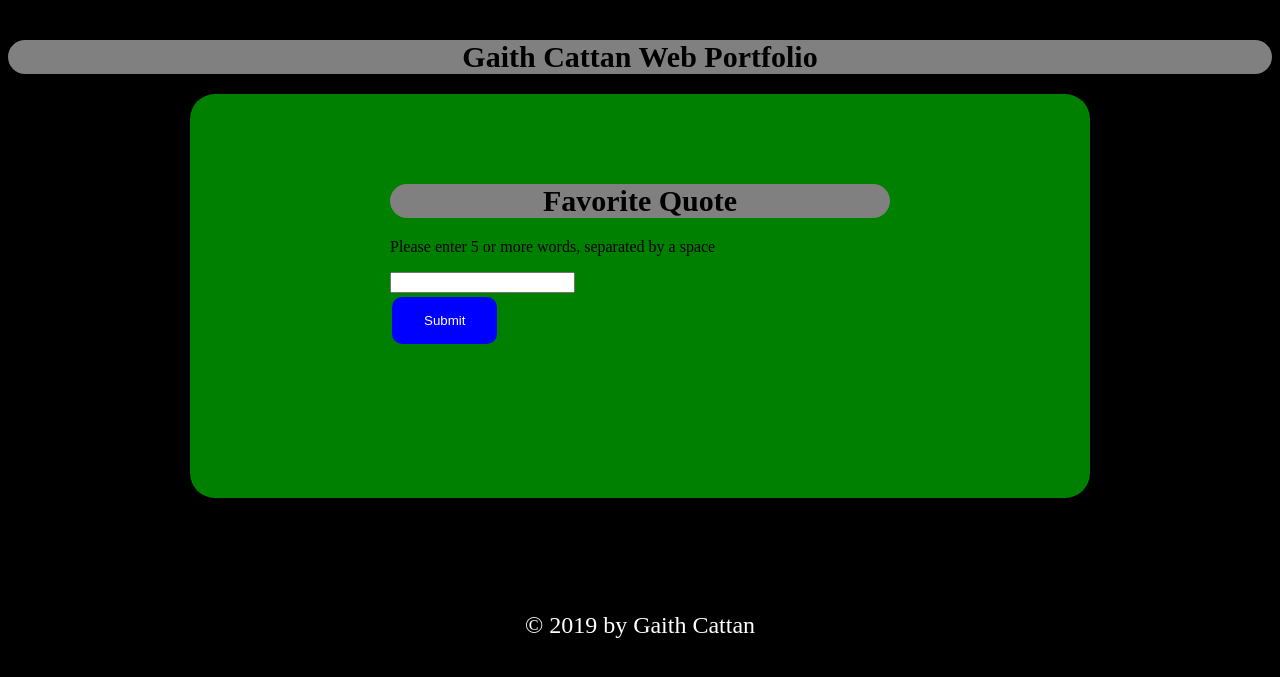
Repository: GaithCattan/COSW30
Page: labwork/lab5/favoritequote.html
The author's editor kept a record of every edit. The page is drawn from the files as they stood at one moment, then again after the next edit.
The browser window is 1280 px wide. The pictures show the whole page.

Above is the page before.

### labwork/lab5/favoritequote.html

<!doctype html>
<html>
    <head>
         <meta charset="utf-8">
         <title>Favorite Quote</title>
        <style>
          body {background-color: black;
                background-position: center;
                background-repeat: no-repeat;}
          h1 {text-align: center; font-size: 30px; margin-top: 40px;
              border-radius: 25px; margin-left: auto; margin-right: auto;
              background-color: grey;}
          #container {width: 900px;	margin-left: auto;	margin-right: auto;	padding-top: 50px;	padding-bottom: 150px; border-radius: 25px;	background-color: green;}
          #texting {width: 500px; display: block; margin-left: auto; margin-right: auto;}
          input[type=submit] {background-color: blue; border: none; border-radius: 10px;  color: white;  padding: 16px 32px;  text-decoration: none;  margin: 4px 2px;  cursor: pointer;}
          footer {font-size: 1.5em; color: white; text-align: center; margin-top: 9%;}
        </style>

    </head>
    <body>

        <header>

        <h1 id="goto">Gaith Cattan Web Portfolio</h1>

        </header>

        <div id="container">
        <div id="texting">

        <h1>Favorite Quote</h1>
        <p>Please enter 5 or more words, separated by a space</p>

        <form action="process_favoritequote.php" method="POST">

            <input type="text" id="text" name="text">
            <br>

            <input type="submit" name="submit" value="Submit"/>


        </form>


        </div>
        </div>


    </body>

    <footer>
        <p>&copy; 2019 by Gaith Cattan</p>
    </footer>

</html>

After the next edit:
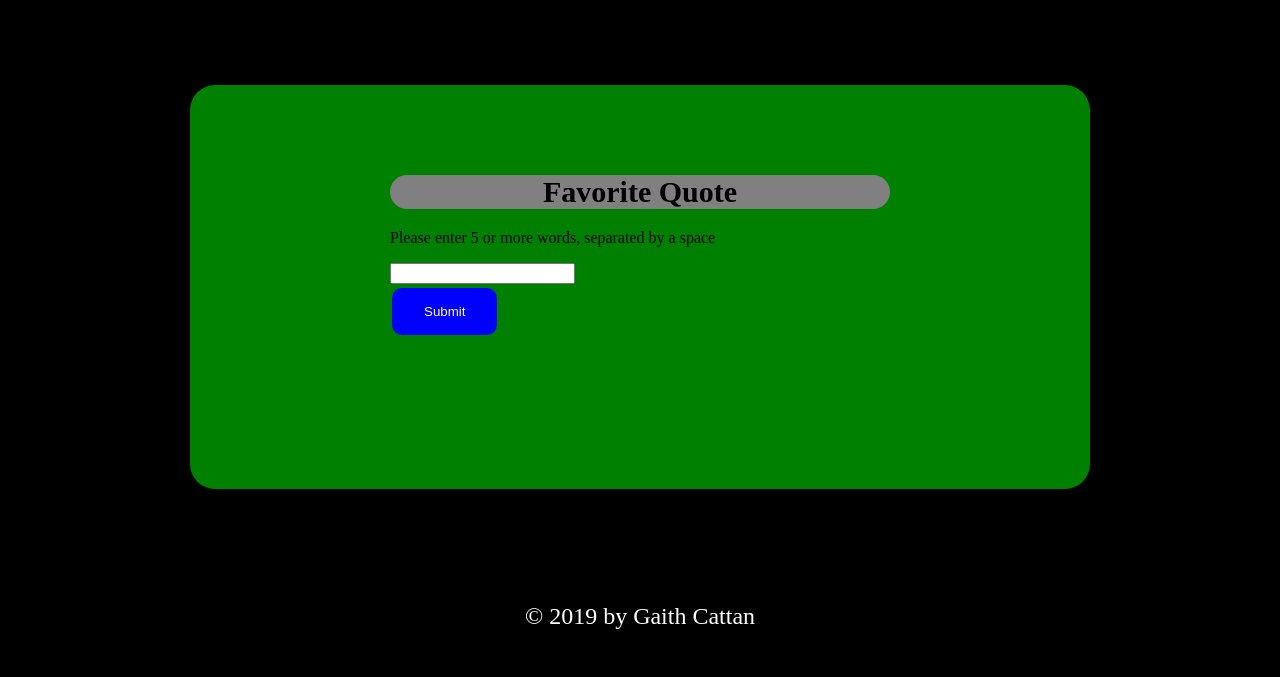
The edit:
--- a/labwork/lab5/favoritequote.html
+++ b/labwork/lab5/favoritequote.html
@@ -22,8 +22,8 @@
 
         <header>
 
-        <h1 id="goto">Gaith Cattan Web Portfolio</h1>
-
+            <h2 id="goto">Population Page</h2>
+https://0cd32b34e5164bbab8e00106b3cc302a.vfs.cloud9.us-east-1.amazonaws.com/labwork/lab5/population.php
         </header>
 
         <div id="container">
